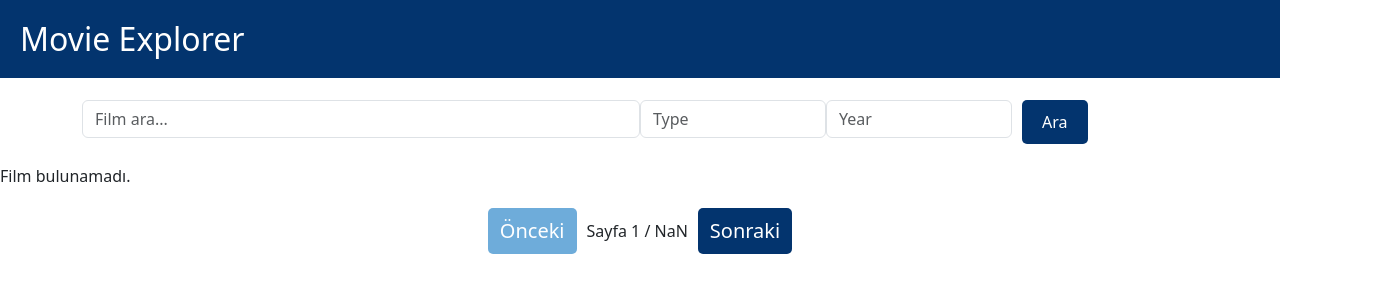
Repository: denizdizi/movie-explorer
Page: /
These files come from the project's save history. The page is drawn as it stood at one moment and after a run of saves; the edit follows.
The browser window is 1280 px wide. The page is 1280 px wide, then 1384 px, so the pictures cover 1384 px, including what lies to the right of the window. The pictures show the whole page.
The page's requests for data from a server got no answer. The project was rebuilt for these pictures with package versions that can differ from the ones it lists, and the page was loaded fresh each time. No one was signed in, and anything a server would have sent is missing. Also part of the build but not shown: src/App.css, src/components/MovieCard.js.

Above is the page before, as saved 2025-03-28 22:42:50.

After the next 2 saves:
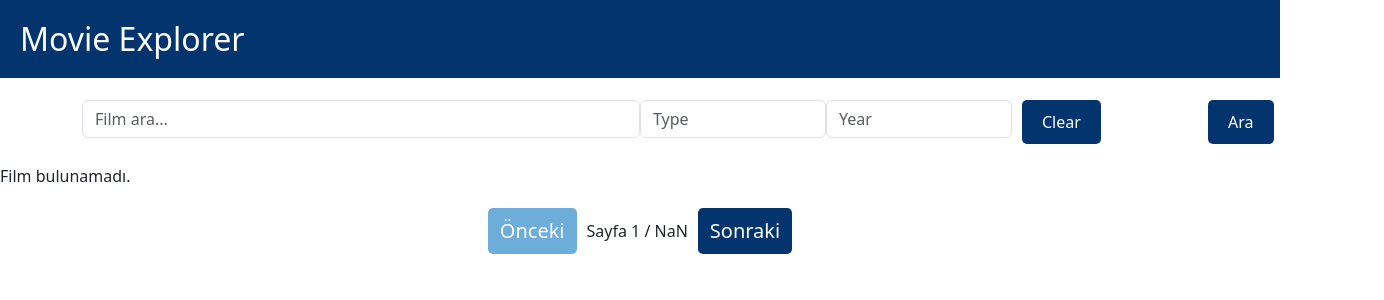
The 2 saves are shown as one change because 1 did not build or start.
The last was saved 42 s later.
--- a/src/components/SearchBar.js
+++ b/src/components/SearchBar.js
@@ -26,8 +26,14 @@ const SearchBar = () => {
     </div>
     <div className="col-lg-2">
     <button type="submit" className="search-btn">
+        Clear
+      </button>
+      </div>
+    <div className="col-lg-2">
+    <button type="submit" className="search-btn">
         Ara
-      </button>    </div>
+      </button>
+      </div>
 </div>
     </form>
   );
